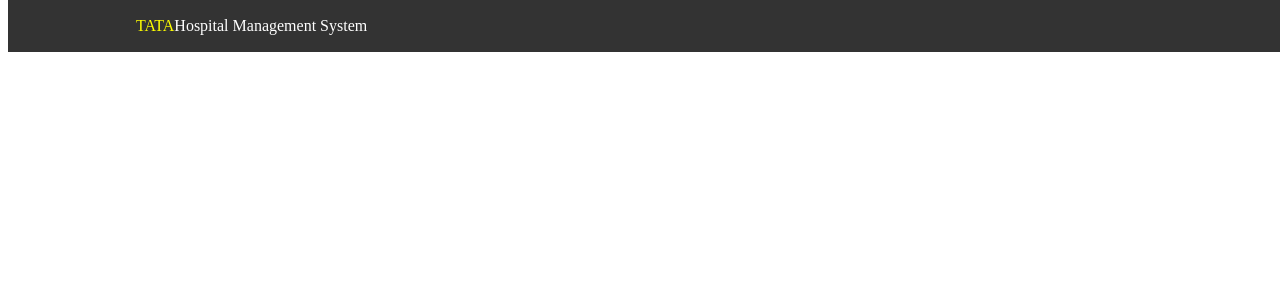
Repository: gopikavinod/RBM
Page: http://localhost/Hospital_Management_System/test.jsp
An editor plug-in stored every save of this project. The page is shown before and after the next save, followed by the edit.
The browser window is 1280 px wide. The pictures show the whole page.
The page is served by Tomcat 9. Other server files are loaded and not shown.

Above is the page before, as saved 2020-06-27 05:38:29.

### eclipse-workspace/Hospital Management System/WebContent/test.jsp
<%@ page language="java" contentType="text/html; charset=ISO-8859-1"
    pageEncoding="ISO-8859-1"%>
<!DOCTYPE html>
<html>
<head>
<meta charset="ISO-8859-1">
<title>TATA Hospital Management System</title>
<style>
    /* Add some padding on document's body to prevent the content
    to go underneath the header and footer */
    body{
        padding-top: 60px;
        padding-bottom: 40px;
    }
    .container{
        width: 80%;
        margin: 0 auto; /* Center the DIV horizontally */
    }
    .fixed-header, .fixed-footer{
        width: 100%;
        position: fixed;
        background: #333;
        padding: 10px 0;
        color: #fff;
    }
    .fixed-header{
        top: 0;
    }
    .fixed-footer{
        bottom: 0;
    }
    /* Some more styles to beutify this example */
    nav a{
        color: #fff;
        text-decoration: none;
        padding: 7px 25px;
        display: inline-block;
    }
    .container p{
        line-height: 200px; /* Create scrollbar to test positioning */
    }
    p.detail
    {
    color:yellow;
    line-height: 0px;
    }
    span.name{
    	color:white;
    }
    tr
    {
    height: 40px;
    }
    span.aestric
    {
    color: red;
    }
    .topnav {
  overflow: hidden;
  background-color: #333;
}

.topnav a {
  float: left;
  display: block;
  color: #f2f2f2;
  text-align: center;
  padding: 14px 16px;
  text-decoration: none;
  font-size: 17px;
}
    .dropdown {
  float: left;
  overflow: hidden;
}
.dropdown .dropbtn {
  font-size: 17px;
  border: none;
  outline: none;
  color: white;
  padding: 14px 16px;
  background-color: inherit;
  font-family: inherit;
  margin: 0;
}

.dropdown-content {
  display: none;
  position: absolute;
  background-color: #f9f9f9;
  min-width: 160px;
  box-shadow: 0px 8px 16px 0px rgba(0,0,0,0.2);
  z-index: 1;
}

.dropdown-content a {
  float: none;
  color: black;
  padding: 12px 16px;
  text-decoration: none;
  display: block;
  text-align: left;
}

.topnav a:hover, .dropdown:hover .dropbtn {
  background-color: #555;
  color: white;
}

.dropdown-content a:hover {
  background-color: #ddd;
  color: black;
}

.dropdown:hover .dropdown-content {
  display: block;
}

</style>
<script>

function disableBackButton()
 {
  //location.href("logout.html");

 }
if(window.history.forward(1) != null)
         window.history.forward(1);
</script>
</head>

<body>

<div class="fixed-header">
        <div class="container">
            <nav>
          <p class="detail">TATA<span class="name">Hospital Management System</span></p>

              </div>
    </div>
    <div class="container">
    <p>

    	</p>
    	    </div>

</body>

</html>

After the next save:
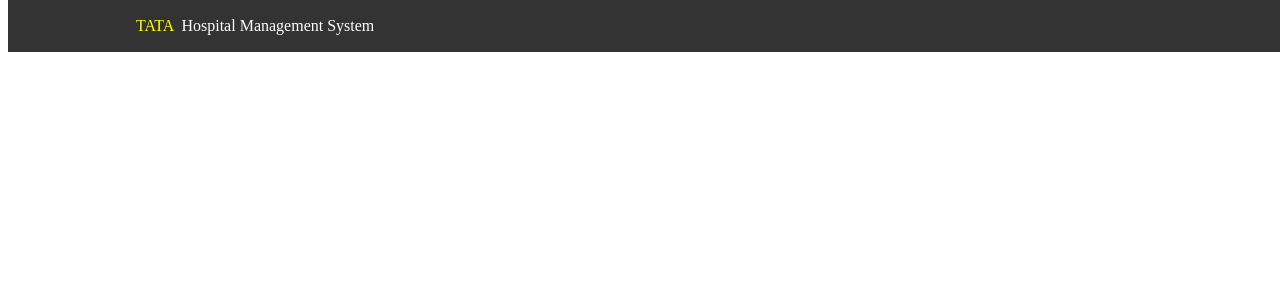
Saved 24 s later.
--- a/eclipse-workspace/Hospital Management System/WebContent/test.jsp
+++ b/eclipse-workspace/Hospital Management System/WebContent/test.jsp
@@ -134,7 +134,7 @@
 <div class="fixed-header">
         <div class="container">
             <nav>
-          <p class="detail">TATA<span class="name">Hospital Management System</span></p>
+          <p class="detail">TATA <span class="name">&nbsp;Hospital Management System</span></p>
 
               </div>
     </div>
